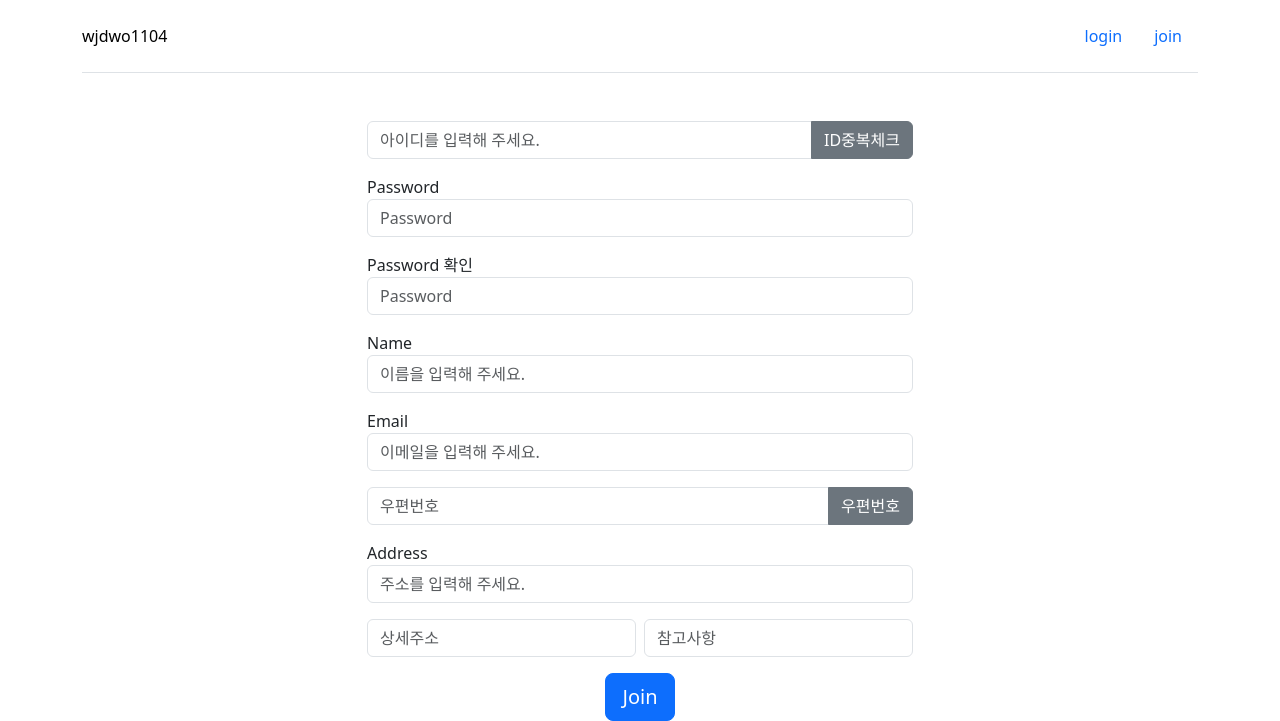
Repository: gain00/lecture1
Page: http://localhost/db-connect/join-form.jsp
An editor plug-in stored every save of this project. The page is shown before and after the next save, followed by the edit.
The browser window is 1280 px wide. The pictures show the whole page.
The page is served by Tomcat 9. Other server files are loaded and not shown.

Above is the page before, as saved 2023-06-08 06:32:41.

### db-connect/src/main/webapp/join-form.jsp
<%@ page language="java" contentType="text/html; charset=UTF-8" pageEncoding="UTF-8"%> <%@include file = "include/header.jsp"%>
<script src="//t1.daumcdn.net/mapjsapi/bundle/postcode/prod/postcode.v2.js"></script>

<form action="join-process.jsp" method="post" class="join" name="joinForm">
  <div class="container-sm mt-5">
    <div class="row justify-content-center">
      <div class="col-6">
        <div class="input-group mb-3">
          <input type="text" name="userId" class="form-control userId" id="floatingInput" placeholder="아이디를 입력해 주세요." />
          <button class="btn btn-secondary" type="button" id="btnIdCheck">ID중복체크</button>
        </div>
        <div class="mb-3">
          <label for="floatingPassword">Password</label>
          <input type="password" name="userPw" class="form-control" id="floatingPassword" placeholder="Password" />
        </div>
        <div class="mb-3">
          <label for="floatingPassword02">Password 확인</label>
          <input type="password" name="userPw02" class="form-control" id="floatingPassword02" placeholder="Password" />
        </div>
        <div class="mb-3">
          <label for="floatingName">Name</label>
          <input type="text" name="userName" class="form-control" id="floatingName" placeholder="이름을 입력해 주세요." />
        </div>
        <div class="mb-3">
          <label for="floatingMail">Email</label>
          <input type="text" name="userEmail" class="form-control" id="floatingMail" placeholder="이메일을 입력해 주세요." />
        </div>

        <div class="input-group mb-3">
          <input type="text" class="form-control" id="zonecode" placeholder="우편번호" name="zonecode" readonly />
          <button class="btn btn-secondary" type="button" id="button-addon2" onclick="searchZonecode()">우편번호</button>
        </div>
        <div class="mb-3">
          <label for="floatingAddress">Address</label>
          <input type="text" name="userAddress" class="form-control address" id="floatingAddress" placeholder="주소를 입력해 주세요." />
        </div>
        <div class="row mb-3 g-2">
          <div class="col">
            <input type="text" class="form-control detailAddress" placeholder="상세주소" name="detailAddress" />
          </div>
          <div class="col">
            <input type="text" class="form-control extraAddress" placeholder="참고사항" name="extraAddress" />
          </div>
        </div>
        <div class="text-center">
          <button type="submit" id="btnSubmit" class="btn btn-primary btn-lg">Join</button>
        </div>
      </div>
    </div>
  </div>
</form>
<script>
  const userId = document.querySelector(".userId");
  const btnIdCheck = document.querySelector("#btnIdCheck");
  const btnSubmit = document.querySelector("#btnSubmit");

  const JoinForm = document.forms.joinForm;

  let isDoubleCheck = false;

  btnSubmit.addEventListener("click", (e) => {
    if (joinForm.elements.userId.value.trim() === "") {
      e.preventDefault(); //기본동작을 막는 코드 여기선 submit
      alert("아이디를 입력하세요");
    } else if (joinForm.elements.userPw.value.trim() === "") {
      e.preventDefault();
      alert("비밀번호를 입력하세요");
    } else if (JoinForm.elements.userName.value.trim() === "") {
      e.preventDefault();
      alert("이름를 입력하세요");
    } else if (JoinForm.elements.zoncode.value.trim() === "") {
      e.preventDefault();
      alert("우편번호를 입력하세요");
    }
    console.log(isDoubleCheck);
    if (isDoubleCheck === false) {
      e.preventDefault();
      alert("아이디중복체크를해주세요");
      joinForm.elements.userId.focus(); //입력받을수있는상태로0
    }
  });

  btnIdCheck.addEventListener("click", () => {
	    //console.log(`idCheck.jsp?userId=${userId.value}`);
	    fetch("idCheck.jsp?userId=" + userId.value)
	      .then((response) => {
	        return response.json();
	      })
	      .then((data) => {
	        //console.log(data);
	        if (data.isOk) {
	          const result = confirm("쓸 수 있는 아이디입니다. 사용하시겠습니까?");
	          if (result) {
	            joinForm.elements.userId.setAttribute("readonly", true);
	            isDoubleCheck = true;
	          } else {
	            joinForm.elements.userId.value = "";
	            joinForm.elements.userId.focus();
	          }
	        } else {
	          alert("쓸 수 없는 아이디입니다.");
	          userId.value = "";
	          userId.focus();
	        }
	      });
	  });

  function searchZonecode() {
    new daum.Postcode({
      oncomplete: function (data) {
        // 팝업에서 검색결과 항목을 클릭했을때 실행할 코드를 작성하는 부분.

        // 각 주소의 노출 규칙에 따라 주소를 조합한다.
        // 내려오는 변수가 값이 없는 경우엔 공백('')값을 가지므로, 이를 참고하여 분기 한다.
        let addr = ""; // 주소 변수
        let extraAddr = ""; // 참고항목 변수

        //사용자가 선택한 주소 타입에 따라 해당 주소 값을 가져온다.
        if (data.userSelectedType === "R") {
          // 사용자가 도로명 주소를 선택했을 경우
          addr = data.roadAddress;
        } else {
          // 사용자가 지번 주소를 선택했을 경우(J)
          addr = data.jibunAddress;
        }

        // 사용자가 선택한 주소가 도로명 타입일때 참고항목을 조합한다.
        if (data.userSelectedType === "R") {
          // 법정동명이 있을 경우 추가한다. (법정리는 제외)
          // 법정동의 경우 마지막 문자가 "동/로/가"로 끝난다.
          if (data.bname !== "" && /[동|로|가]$/g.test(data.bname)) {
            extraAddr += data.bname;
          }
          // 건물명이 있고, 공동주택일 경우 추가한다.
          if (data.buildingName !== "" && data.apartment === "Y") {
            extraAddr += extraAddr !== "" ? ", " + data.buildingName : data.buildingName;
          }
          // 표시할 참고항목이 있을 경우, 괄호까지 추가한 최종 문자열을 만든다.
          if (extraAddr !== "") {
            extraAddr = " (" + extraAddr + ")";
          }
          // 조합된 참고항목을 해당 필드에 넣는다.
          document.querySelector(".extraAddress").value = extraAddr;
        } else {
          document.querySelector(".extraAddress").value = "";
        }

        // 우편번호와 주소 정보를 해당 필드에 넣는다.
        document.querySelector("#zonecode").value = data.zonecode;
        document.querySelector(".address").value = addr;
        // 커서를 상세주소 필드로 이동한다.
        document.querySelector(".address").focus();
      },
    }).open();
  }
</script>

<%@ include file = "include/footer.jsp" %>

### db-connect/src/main/webapp/include/header.jsp
<%@ page language="java" contentType="text/html; charset=UTF-8" pageEncoding="UTF-8"%>
<%
	String loggedUserId = (String) session.getAttribute("loggedUserId");
	String loggedUserName = (String) session.getAttribute("loggedUserName");

	//pageContext < requset < session < applicationContext
%>


<!DOCTYPE html>
<html>
  <head>
    <meta charset="UTF-8" />
    <title>Insert title here</title>
    <link rel="stylesheet" href="css/bootstrap.min.css" />
    <script src="js/bootstrap.bundle.min.js"></script>
    <script src="//t1.daumcdn.net/mapjsapi/bundle/postcode/prod/postcode.v2.js"></script>
  </head>
  <body>
    <div class="container">
    <header class="d-flex flex-wrap justify-content-center py-3 mb-4 border-bottom">
      <a href="/" class="d-flex align-items-center mb-3 mb-md-0 me-md-auto link-body-emphasis text-decoration-none">
        wjdwo1104
      </a>

      <ul class="nav nav-pills">
      	<%  if( loggedUserId == null ) { %>
        <li class="nav-item"><a href="login-form.jsp" class="nav-link">login</a></li>
        <li class="nav-item"><a href="join-form.jsp" class="nav-link">join</a></li>
        <% } else { %>
        <li class="nav-item"><a href="logout.jsp" class="nav-link">logout</a></li>
        <li class="nav-item"><a href="info.jsp" class="nav-link">이정재</a></li>
        <% } %>
      </ul>
    </header>
  </div>

Loaded but not shown: db-connect/src/main/webapp/include/footer.jsp (common file); db-connect/src/main/webapp/css/bootstrap.min.css (library); db-connect/src/main/webapp/js/bootstrap.bundle.min.js (library)

After the next save:
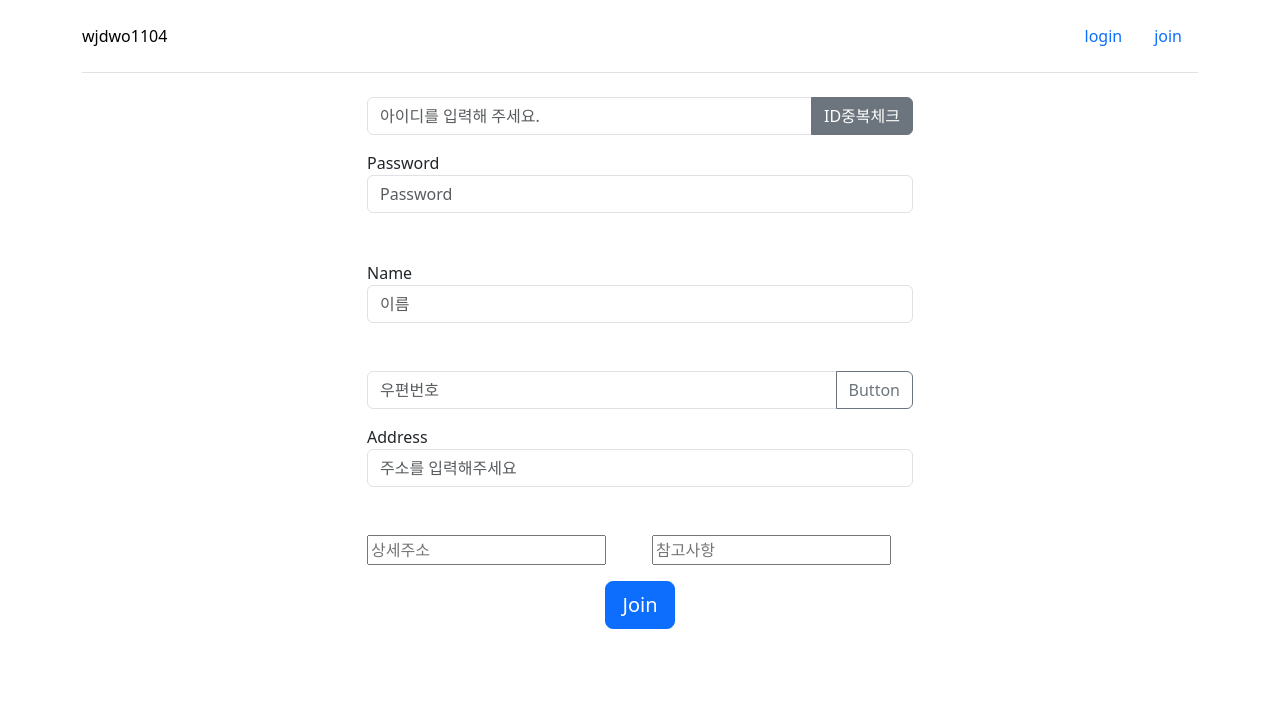
Saved 28 s later.
--- a/db-connect/src/main/webapp/join-form.jsp
+++ b/db-connect/src/main/webapp/join-form.jsp
@@ -2,49 +2,42 @@
 <script src="//t1.daumcdn.net/mapjsapi/bundle/postcode/prod/postcode.v2.js"></script>
 
 <form action="join-process.jsp" method="post" class="join" name="joinForm">
-  <div class="container-sm mt-5">
+  <div class="container-sm">
     <div class="row justify-content-center">
       <div class="col-6">
-        <div class="input-group mb-3">
+         <div class="input-group mb-3">
           <input type="text" name="userId" class="form-control userId" id="floatingInput" placeholder="아이디를 입력해 주세요." />
           <button class="btn btn-secondary" type="button" id="btnIdCheck">ID중복체크</button>
         </div>
-        <div class="mb-3">
-          <label for="floatingPassword">Password</label>
-          <input type="password" name="userPw" class="form-control" id="floatingPassword" placeholder="Password" />
+        <div class="mb-5"><label for="floatingPassword">Password</label>
+          <input type="password" class="form-control" name="userPw" id="floatingPassword" placeholder="Password" />
+
         </div>
-        <div class="mb-3">
-          <label for="floatingPassword02">Password 확인</label>
-          <input type="password" name="userPw02" class="form-control" id="floatingPassword02" placeholder="Password" />
-        </div>
-        <div class="mb-3">
-          <label for="floatingName">Name</label>
-          <input type="text" name="userName" class="form-control" id="floatingName" placeholder="이름을 입력해 주세요." />
-        </div>
-        <div class="mb-3">
-          <label for="floatingMail">Email</label>
-          <input type="text" name="userEmail" class="form-control" id="floatingMail" placeholder="이메일을 입력해 주세요." />
+        <div class="mb-5"> <label for="floatingName">Name</label>
+          <input type="text" class="form-control" name="userName" id="floatingName" placeholder="이름" />
+
         </div>
 
         <div class="input-group mb-3">
-          <input type="text" class="form-control" id="zonecode" placeholder="우편번호" name="zonecode" readonly />
-          <button class="btn btn-secondary" type="button" id="button-addon2" onclick="searchZonecode()">우편번호</button>
+          <input type="text" class="form-control" placeholder="우편번호" id="zonecode" name="zonecode" readonly />
+          <button class="btn btn-outline-secondary" type="button" id="button-addon2" onclick="searchZonecode()">Button</button>
         </div>
-        <div class="mb-3">
-          <label for="floatingAddress">Address</label>
-          <input type="text" name="userAddress" class="form-control address" id="floatingAddress" placeholder="주소를 입력해 주세요." />
+
+        <div class="mb-5">
+        <label for="floatingAddress">Address</label>
+          <input type="text" class="form-control address" name="userAddress" id="floatingAddress" placeholder="주소를 입력해주세요" />
+
         </div>
-        <div class="row mb-3 g-2">
+        <div class="row mb-3">
           <div class="col">
-            <input type="text" class="form-control detailAddress" placeholder="상세주소" name="detailAddress" />
+            <input type="text" class="detailAddress" placeholder="상세주소" aria-label="First name" name="detailAddress" />
           </div>
           <div class="col">
-            <input type="text" class="form-control extraAddress" placeholder="참고사항" name="extraAddress" />
+            <input type="text" class="extraAddress" placeholder="참고사항" aria-label="Last name" name="extraAddress" />
           </div>
         </div>
-        <div class="text-center">
-          <button type="submit" id="btnSubmit" class="btn btn-primary btn-lg">Join</button>
-        </div>
+
+        <div class="text-center"><button type="submit" id="btnSubmit" class="btn btn-primary btn-lg">Join</button></div>
       </div>
     </div>
   </div>
